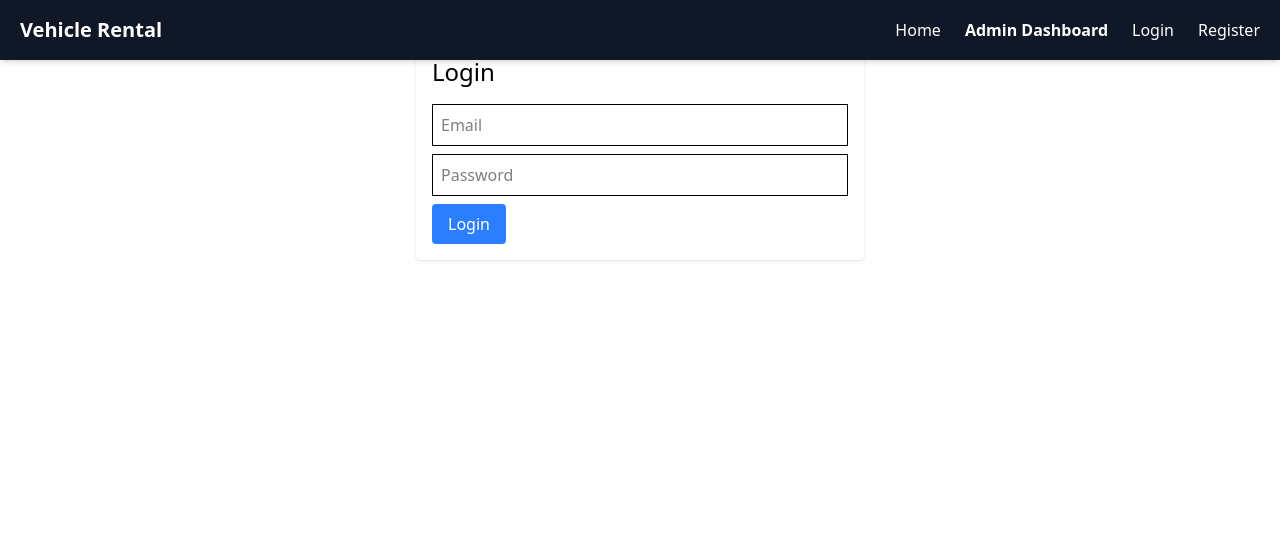
Repository: Sugan-g/vehicle-rental-system
Page: /login (app in frontend/)
The author's editor kept a copy of each file at every save. The page is drawn from the files as they stood at one save, then again after the next save.
The browser window is 1280 px wide. The pictures show the whole page.
The project was rebuilt for these pictures with package versions that can differ from the ones it lists, and the page was loaded fresh each time. Also part of the build but not shown: frontend/vite.config.js, frontend/src/components/VehicleCard.jsx, frontend/src/pages/HomePage.jsx, frontend/src/components/BookingForm.jsx, frontend/src/components/ReviewForm.jsx, frontend/src/pages/VehiclePage.jsx, frontend/src/pages/RegisterPage.jsx, frontend/src/pages/RentalHistoryPage.jsx and 2 more.

Above is the page before, as saved 2025-10-27 09:37:08.

### frontend/index.html
<!doctype html>
<html lang="en">
  <head>
    <meta charset="UTF-8" />
    <link rel="icon" type="image/svg+xml" href="/vite.svg" />
    <meta name="viewport" content="width=device-width, initial-scale=1.0" />
    <title>Vehicle Rental System</title>
        <link rel="stylesheet" href="/src/index.css" />

  </head>
  <body>
    <div id="root"></div>
    <script type="module" src="/src/main.jsx"></script>
  </body>
</html>

### frontend/src/main.jsx
import React from "react";
import ReactDOM from "react-dom/client";
import App from "./App.jsx";
import "./index.css";

ReactDOM.createRoot(document.getElementById("root")).render(
    <React.StrictMode>
        <App />
    </React.StrictMode>
);

### frontend/src/App.jsx
import { BrowserRouter as Router, Routes, Route } from "react-router-dom";
import Navbar from "./components/Navbar.jsx";
import HomePage from "./pages/HomePage.jsx";
import VehiclePage from "./pages/VehiclePage.jsx";
import LoginPage from "./pages/LoginPage.jsx";
import RegisterPage from "./pages/RegisterPage.jsx";
import RentalHistoryPage from "./pages/RentalHistoryPage.jsx";
import AdminPage from "./pages/AdminPage.jsx";

function App() {
    return (
        <Router>
            <Navbar />
            <Routes>
                <Route path="/" element={<HomePage />} />
                <Route path="/vehicle/:id" element={<VehiclePage />} />
                <Route path="/login" element={<LoginPage />} />
                <Route path="/register" element={<RegisterPage />} />
                <Route path="/rental-history" element={<RentalHistoryPage />} />
                <Route path="/admin" element={<AdminPage />} />
            </Routes>
        </Router>
    );
}

export default App;

### frontend/src/components/Navbar.jsx
import { Link, useNavigate } from "react-router-dom";
import { useState, useEffect } from "react";
import { FiMenu, FiX } from "react-icons/fi";

export default function Navbar() {
  const navigate = useNavigate();
  const [isLoggedIn, setIsLoggedIn] = useState(false);
  const [menuOpen, setMenuOpen] = useState(false);
  const [role, setRole] = useState(null);

  useEffect(() => {
    const token = localStorage.getItem("token");
    const userRole = localStorage.getItem("role");

    setIsLoggedIn(!!token);
    setRole(userRole);
  }, []);

  const handleLogout = () => {
    localStorage.removeItem("token");
    localStorage.removeItem("role");
    setIsLoggedIn(false);
    setRole(null);
    navigate("/login");
  };

  return (
    <nav className="bg-gray-900 text-white px-5 py-4 shadow-md fixed top-0 left-0 w-full z-50">
      <div className="flex justify-between items-center">
        <Link to="/" className="text-xl font-bold">
          Vehicle Rental
        </Link>

        {/* Mobile Menu Toggle */}
        <button
          className="md:hidden text-2xl"
          onClick={() => setMenuOpen(!menuOpen)}
        >
          {menuOpen ? <FiX /> : <FiMenu />}
        </button>

        {/* Desktop Menu */}
        <div className="hidden md:flex space-x-6 items-center">
          <Link to="/">Home</Link>

            <Link to="/admin" className="font-semibold">
              Admin Dashboard
            </Link>


          {isLoggedIn ? (
            <>
              <Link to="/rental-history">My Rentals</Link>
              <button onClick={handleLogout} className="hover:text-red-400">
                Logout
              </button>
            </>
          ) : (
            <>
              <Link to="/login">Login</Link>
              <Link to="/register">Register</Link>
            </>
          )}
        </div>
      </div>

      {/* ✅ Mobile Dropdown Menu */}
      <div
        className={`md:hidden transition-all duration-300 overflow-hidden ${
          menuOpen ? "max-h-60 mt-3" : "max-h-0"
        }`}
      >
        <div className="bg-gray-800 p-5 rounded-lg flex flex-col space-y-4 text-center">
          <Link to="/" onClick={() => setMenuOpen(false)}>
            Home
          </Link>

          {isLoggedIn && role === "admin" && (
            <Link
              to="/admin/dashboard"
              onClick={() => setMenuOpen(false)}
              className="font-semibold text-yellow-400"
            >
              Admin Dashboard
            </Link>
          )}

          {isLoggedIn ? (
            <>
              <Link
                to="/rental-history"
                onClick={() => setMenuOpen(false)}
              >
                My Rentals
              </Link>
              <button
                onClick={() => {
                  handleLogout();
                  setMenuOpen(false);
                }}
                className="text-red-400 font-semibold"
              >
                Logout
              </button>
            </>
          ) : (
            <>
              <Link to="/login" onClick={() => setMenuOpen(false)}>
                Login
              </Link>
              <Link to="/register" onClick={() => setMenuOpen(false)}>
                Register
              </Link>
            </>
          )}
        </div>
      </div>
    </nav>
  );
}

### frontend/src/pages/LoginPage.jsx
import { useState } from "react";
import API from "../api/api.js";
import { useNavigate } from "react-router-dom";

export default function LoginPage() {
    const [email, setEmail] = useState("");
    const [password, setPassword] = useState("");
    const navigate = useNavigate();

    const handleSubmit = async (e) => {
        e.preventDefault();
        try {
            const res = await API.post("/auth/login", { email, password });
            localStorage.setItem("token", res.data.token);
            localStorage.setItem("role", res.data.role);
            navigate("/");
        } catch (error) {
            console.error(error);
            alert("Login failed");
        }
    };

    return (
        <form onSubmit={handleSubmit} className="p-4 max-w-md mx-auto mt-10 bg-white shadow rounded">
            <h2 className="text-2xl mb-4">Login</h2>
            <input type="email" placeholder="Email" value={email} onChange={e => setEmail(e.target.value)} className="border p-2 w-full mb-2"/>
            <input type="password" placeholder="Password" value={password} onChange={e => setPassword(e.target.value)} className="border p-2 w-full mb-2"/>
            <button type="submit" className="bg-blue-500 text-white px-4 py-2 rounded">Login</button>
        </form>
    );
}

### frontend/src/api/api.js
import axios from "axios";

const API = axios.create({
    baseURL: "http://localhost:5000/api"
});

// Add token automatically
API.interceptors.request.use((req) => {
    const token = localStorage.getItem("token");
    if (token) req.headers.Authorization = `Bearer ${token}`;
    return req;
});

export default API;

Loaded but not shown: frontend/src/index.css (common file)

After the next save:
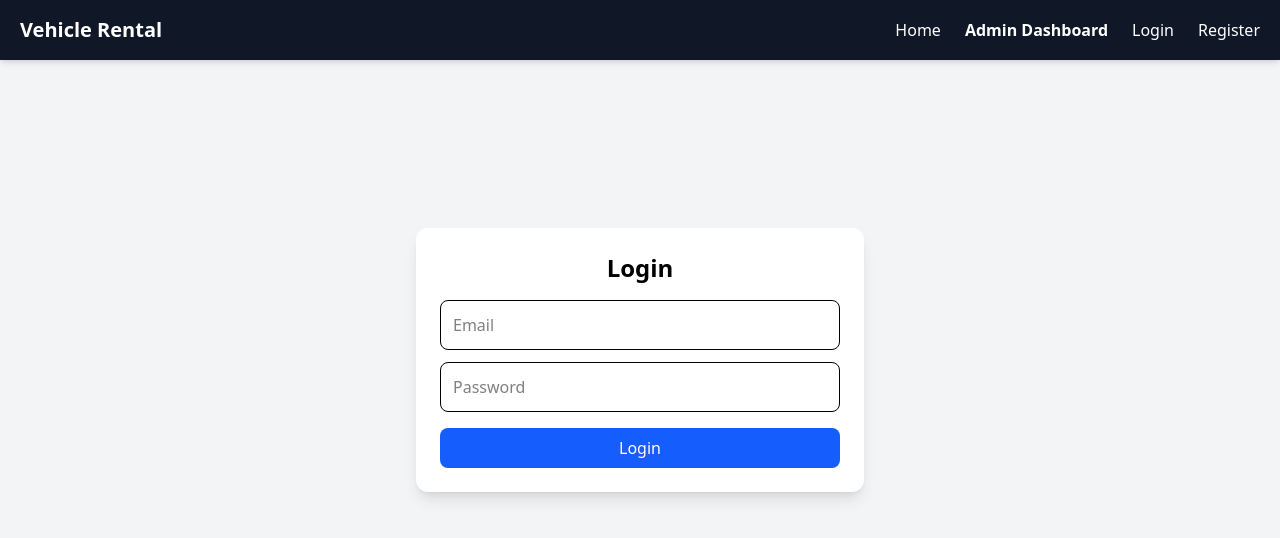
Saved 36 min 31 s later.
--- a/frontend/src/pages/LoginPage.jsx
+++ b/frontend/src/pages/LoginPage.jsx
@@ -21,11 +21,38 @@ export default function LoginPage() {
     };
 
     return (
-        <form onSubmit={handleSubmit} className="p-4 max-w-md mx-auto mt-10 bg-white shadow rounded">
-            <h2 className="text-2xl mb-4">Login</h2>
-            <input type="email" placeholder="Email" value={email} onChange={e => setEmail(e.target.value)} className="border p-2 w-full mb-2"/>
-            <input type="password" placeholder="Password" value={password} onChange={e => setPassword(e.target.value)} className="border p-2 w-full mb-2"/>
-            <button type="submit" className="bg-blue-500 text-white px-4 py-2 rounded">Login</button>
-        </form>
+        <div className="flex justify-center items-center min-h-screen bg-gray-100 px-4">
+            <form
+                onSubmit={handleSubmit}
+                className="w-full max-w-md bg-white shadow-lg rounded-xl p-6"
+            >
+                <h2 className="text-2xl font-bold mb-4 text-center">Login</h2>
+
+                <input
+                    type="email"
+                    placeholder="Email"
+                    value={email}
+                    onChange={(e) => setEmail(e.target.value)}
+                    className="border rounded-lg p-3 w-full mb-3 focus:outline-none focus:ring focus:ring-blue-300"
+                    required
+                />
+
+                <input
+                    type="password"
+                    placeholder="Password"
+                    value={password}
+                    onChange={(e) => setPassword(e.target.value)}
+                    className="border rounded-lg p-3 w-full mb-4 focus:outline-none focus:ring focus:ring-blue-300"
+                    required
+                />
+
+                <button
+                    type="submit"
+                    className="bg-blue-600 hover:bg-blue-700 text-white font-medium px-4 py-2 rounded-lg w-full transition"
+                >
+                    Login
+                </button>
+            </form>
+        </div>
     );
 }
